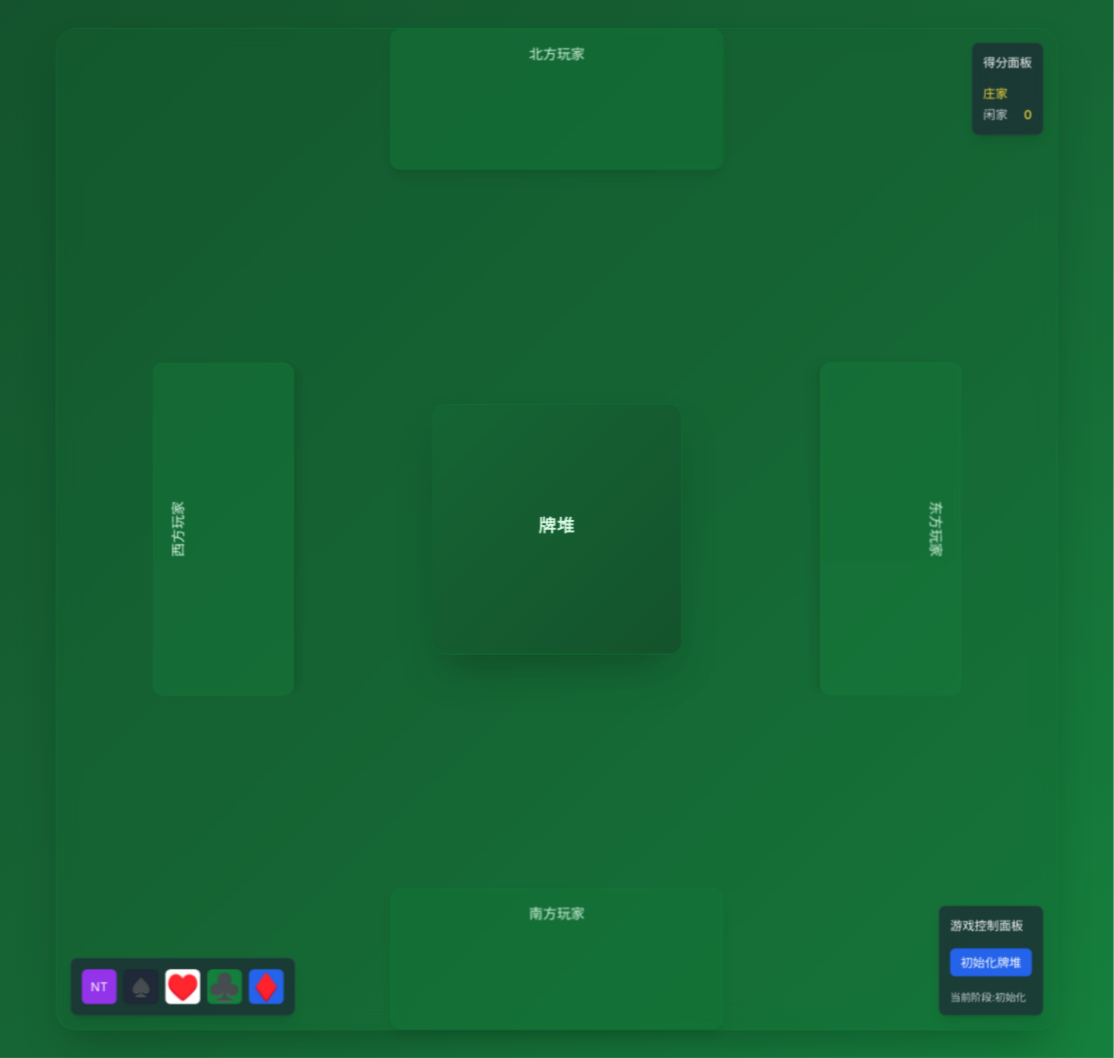
Repository: laofansay/Tractor80
Page: /
An editor plug-in stored every save of this project. The page is shown before and after the next save, followed by the edit.
The browser window is 1280 px wide. The pictures show the whole page, at 87% of full size.
The project was rebuilt for these pictures with package versions that can differ from the ones it lists, and the page was loaded fresh each time. The framework's server and built-in components were replaced by stand-ins that run in the browser. Also part of the build but not shown: next.config.js, app/components/Card.tsx.

Above is the page before, as saved 2025-03-09 00:16:15.

### app/layout.tsx
import type { Metadata } from 'next'
import { Inter } from 'next/font/google'
import './globals.css'

const inter = Inter({ subsets: ['latin'] })

export const metadata: Metadata = {
  title: 'Card Game',
  description: 'A Next.js Card Game Application',
}

export default function RootLayout({
  children,
}: {
  children: React.ReactNode
}) {
  return (
    <html lang="en">
      <body className={inter.className}>{children}</body>
    </html>
  )
}

### app/globals.css
@tailwind base;
@tailwind components;
@tailwind utilities;

:root {
  --foreground-rgb: 0, 0, 0;
  --background-start-rgb: 214, 219, 220;
  --background-end-rgb: 255, 255, 255;
}

@media (prefers-color-scheme: dark) {
  :root {
    --foreground-rgb: 255, 255, 255;
    --background-start-rgb: 0, 0, 0;
    --background-end-rgb: 0, 0, 0;
  }
}

body {
  color: rgb(var(--foreground-rgb));
  background: linear-gradient(
    to bottom,
    transparent,
    rgb(var(--background-end-rgb))
  )
  rgb(var(--background-start-rgb));
}

### app/components/AdminPanel.tsx
'use client';

import { useState } from 'react';
import { Card } from './Card';

type GamePhase = 'initial' | 'dealing' | 'trumpSelection' | 'pickBottomCards' | 'bottomCards' | 'playing';
type Position = 'north' | 'east' | 'south' | 'west';

type AdminPanelProps = {
    onInitialize: () => void;
    onDeal: () => void;
    onPickBottomCards: () => void;
    onBottomCards: () => void;
    onStartPlaying: () => void;
    gamePhase: GamePhase;
    deckLength: number;
    bottomCardsLength: number;
    lastRound?: Record<Position, string[]>;
    roundCount?: number;
};

export function AdminPanel({
    onInitialize,
    onDeal,
    onPickBottomCards,
    onBottomCards,
    onStartPlaying,
    gamePhase,
    deckLength,
    bottomCardsLength,
    lastRound = { north: [], east: [], south: [], west: [] },
    roundCount = 0
}: AdminPanelProps) {

    return (
        <div className="absolute bottom-4 right-4 p-3 bg-gray-800/70 rounded-lg backdrop-blur-md border border-gray-700/50 shadow-lg">
            <div className="flex flex-col gap-2">
                <div className="text-white text-sm mb-2 font-medium">游戏控制面板</div>

                {(gamePhase === 'initial' || gamePhase === 'playing') && (
                    <button
                        onClick={onInitialize}
                        className="px-3 py-1.5 bg-blue-600 hover:bg-blue-500 text-white rounded-md transition-colors text-sm"
                    >
                        {gamePhase === 'playing' ? '重新开始' : '初始化牌堆'}
                    </button>
                )}

                {gamePhase === 'initial' && deckLength > 0 && (
                    <button
                        onClick={onDeal}
                        className="px-3 py-1.5 bg-green-600 hover:bg-green-500 text-white rounded-md transition-colors text-sm"
                    >
                        开始发牌
                    </button>
                )}

                {gamePhase === 'pickBottomCards' && (
                    <button
                        onClick={onPickBottomCards}
                        className="px-3 py-1.5 bg-yellow-600 hover:bg-yellow-500 text-white rounded-md transition-colors text-sm"
                    >
                        庄家拾底
                    </button>
                )}

                {gamePhase === 'bottomCards' && (
                    <button
                        onClick={onBottomCards}
                        className="px-3 py-1.5 bg-yellow-600 hover:bg-yellow-500 text-white rounded-md transition-colors text-sm"
                    >
                        庄家扣底
                    </button>
                )}

                {gamePhase === 'bottomCards' && (
                    <button
                        onClick={onStartPlaying}
                        className="px-3 py-1.5 bg-red-600 hover:bg-red-500 text-white rounded-md transition-colors text-sm"
                    >
                        开始出牌
                    </button>
                )}

                <div className="text-gray-300 text-xs mt-2">
                    当前阶段:
                    {gamePhase === 'initial' && '初始化'}
                    {gamePhase === 'dealing' && '发牌中'}
                    {gamePhase === 'trumpSelection' && '亮主阶段'}
                    {gamePhase === 'pickBottomCards' && '庄家拾底'}
                    {gamePhase === 'bottomCards' && '庄家扣底'}
                    {gamePhase === 'playing' && '出牌阶段'}
                </div>
            </div>
        </div>
    );
}

### app/components/SoundEffect.tsx
'use client';

import { audioManager } from './AudioManager';

export class SoundEffect {
    static #instance;

    constructor() {
        // 私有构造函数，确保单例模式
    }

    public static getInstance(): SoundEffect {
        if (!SoundEffect.#instance) {
            SoundEffect.#instance = new SoundEffect();
        }
        return SoundEffect.#instance;
    }

    /**
     * 预加载音效
     * @param soundId 音效ID
     * @param soundPath 音效文件路径
     * @param fallbackSoundPath 备用音效路径（可选）
     */
    public preloadSound(soundId: string, soundPath: string, fallbackSoundPath?: string): void {
        if (typeof window === 'undefined') return; // 服务器端不执行

        // 使用AudioManager来处理音频加载
        audioManager.preloadSound(soundId, soundPath, fallbackSoundPath);
    }

    /**
     * 播放音效
     * @param soundId 音效ID
     * @returns 是否成功播放
     */
    public playSound(soundId: string): boolean {
        if (typeof window === 'undefined') return false; // 服务器端不执行

        // 使用AudioManager来处理音频播放
        return audioManager.playSound(soundId);
    }

    /**
     * 停止播放音效
     * @param soundId 音效ID
     */
    public stopSound(soundId: string): void {
        if (typeof window === 'undefined') return; // 服务器端不执行

        // 使用AudioManager来处理音频停止
        audioManager.stopSound(soundId);
    }

    /**
     * 检查音效是否已加载并可以播放
     * @param soundId 音效ID
     * @returns 是否可以播放
     */
    public canPlaySound(soundId: string): boolean {
        if (typeof window === 'undefined') return false; // 服务器端不执行

        // 使用AudioManager来检查音频是否可以播放
        return audioManager.canPlaySound(soundId);
    }

    /**
     * 启用或禁用所有音效
     * @param enabled 是否启用音效
     */
    public setAudioEnabled(enabled: boolean): void {
        audioManager.setAudioEnabled(enabled);
    }

    /**
     * 获取音效是否启用
     * @returns 音效是否启用
     */
    public isAudioEnabled(): boolean {
        return audioManager.isAudioEnabled();
    }
}

// 导出单例实例
export const soundEffect = SoundEffect.getInstance();

### app/components/ScorePanel.tsx
import React from 'react';

interface ScorePanelProps {
  scores: {
    north: number;
    east: number;
    south: number;
    west: number;
  };
  dealerPosition: Position;
}

type Position = 'north' | 'east' | 'south' | 'west';

export function ScorePanel({ scores, dealerPosition }: ScorePanelProps) {
  // 计算庄家和闲家的总分
  const dealerScore = scores[dealerPosition];
  const nonDealerScore = Object.entries(scores)
    .filter(([position]) => position !== dealerPosition)
    .reduce((total, [_, score]) => total + score, 0);

  return (
    <div className="absolute top-4 right-4 p-3 bg-gray-800/70 rounded-lg backdrop-blur-md border border-gray-700/50 shadow-lg">
      <div className="flex flex-col gap-2">
        <div className="text-white text-sm mb-2 font-medium">得分面板</div>
        <div className="space-y-1">
          <div className="flex justify-between text-sm">
            <span className="text-yellow-300">庄家</span>
            <span className="text-yellow-300 font-medium ml-4">{dealerScore}</span>
          </div>
          <div className="flex justify-between text-sm">
            <span className="text-gray-300">闲家</span>
            <span className="text-yellow-300 font-medium ml-4">{nonDealerScore}</span>
          </div>
        </div>
      </div>
    </div>
  );
}

### app/components/TrumpSelectionPanel.tsx
'use client';

import React from 'react';

type TrumpSelectionPanelProps = {
  onSelectTrump: (trumpSuit: string | null) => void;
  gamePhase: string;
};

export function TrumpSelectionPanel({ onSelectTrump, gamePhase }: TrumpSelectionPanelProps) {
  // 只在亮主阶段显示
  if (gamePhase !== 'trumpSelection') {
    //return null;
  }

  return (
    <div className="absolute bottom-4 left-4 p-3 bg-gray-800/70 rounded-lg backdrop-blur-md border border-gray-700/50 shadow-lg">
      <div className="flex flex-row gap-2">
        <button
          onClick={() => onSelectTrump(null)}
          className="w-10 h-10 bg-purple-600 hover:bg-purple-500 text-white rounded-md transition-colors text-sm flex items-center justify-center"
          title="无主"
        >
          NT
        </button>
        <button
          onClick={() => onSelectTrump('S')}
          className="w-10 h-10 bg-gray-800 hover:bg-gray-700 text-white rounded-md transition-colors text-xl flex items-center justify-center"
          title="黑桃"
        >
          ♠️
        </button>
        <button
          onClick={() => onSelectTrump('H')}
          className="w-10 h-10 bg-white hover:bg-red-500 text-red-600 rounded-md transition-colors text-3xl flex items-center justify-center"
          title="红桃"
        >
          ♥️
        </button>
        <button
          onClick={() => onSelectTrump('C')}
          className="w-10 h-10 bg-green-700 hover:bg-green-600 text-white rounded-md transition-colors text-3xl flex items-center justify-center"
          title="梅花"
        >
          ♣️
        </button>
        <button
          onClick={() => onSelectTrump('D')}
          className="w-10 h-10 bg-blue-600 hover:bg-blue-500 text-white rounded-md transition-colors text-3xl flex items-center justify-center"
          title="方块"
        >
          ♦️
        </button>
      </div>
    </div>
  );
}

### app/components/AudioManager.tsx
'use client';

/**
 * 音频管理器类
 * 提供音效加载、播放和错误处理功能
 */
export class AudioManager {
  private static instance: AudioManager;
  private audioElements: Map<string, HTMLAudioElement> = new Map();
  private fallbackMode: boolean = false;
  private audioEnabled: boolean = true;

  private constructor() {
    // 私有构造函数，确保单例模式
    this.checkAudioSupport();
  }

  public static getInstance(): AudioManager {
    if (!AudioManager.instance) {
      AudioManager.instance = new AudioManager();
    }
    return AudioManager.instance;
  }

  /**
   * 检查浏览器是否支持音频
   */
  private checkAudioSupport(): void {
    if (typeof window === 'undefined') return;

    try {
      const audio = new Audio();
      this.audioEnabled = !!audio && typeof audio.play === 'function';
      if (!this.audioEnabled) {
        console.warn('当前环境不支持音频播放');
      }
    } catch (error) {
      console.error('检查音频支持时出错:', error);
      this.audioEnabled = false;
    }
  }

  /**
   * 预加载音效
   * @param soundId 音效ID
   * @param soundPath 音效文件路径
   * @param fallbackSoundPath 备用音效路径（可选）
   */
  public preloadSound(soundId: string, soundPath: string, fallbackSoundPath?: string): void {
    if (typeof window === 'undefined' || !this.audioEnabled) return;

    if (!this.audioElements.has(soundId)) {
      try {
        // 确保路径正确，添加基础URL前缀
        const fullPath = soundPath.startsWith('/') ? soundPath : `/${soundPath}`;
        const baseUrl = window.location.origin;
        const absolutePath = new URL(fullPath, baseUrl).toString();

        const audio = new Audio();
        audio.preload = 'auto';

        // 添加加载错误处理
        audio.addEventListener('error', (e) => {
          const errorDetails = {
            code: audio.error?.code,
            message: audio.error?.message,
            path: absolutePath
          };
          console.error(`音效 ${soundId} 加载失败:`, errorDetails);

          // 尝试加载备用音效
          if (fallbackSoundPath && !this.fallbackMode) {
            console.log(`尝试加载备用音效: ${fallbackSoundPath}`);
            this.fallbackMode = true;
            this.preloadSound(soundId, fallbackSoundPath);
          }
        });

        // 添加加载成功处理
        audio.addEventListener('canplaythrough', () => {
          console.log(`音效 ${soundId} 加载成功，可以播放`);
        });

        // 设置音频源
        audio.src = absolutePath;

        this.audioElements.set(soundId, audio);
      } catch (error) {
        console.error(`音效 ${soundId} 初始化失败:`, error);
      }
    }
  }

  /**
   * 播放音效
   * @param soundId 音效ID
   * @returns 是否成功播放
   */
  public playSound(soundId: string): boolean {
    if (typeof window === 'undefined' || !this.audioEnabled) return false;

    const audio = this.audioElements.get(soundId);
    if (audio) {
      // 检查音频是否已加载并可以播放
      if (audio.error) {
        console.error(`音效 ${soundId} 无法播放，加载失败:`, audio.error);
        return false;
      }

      // 检查音频是否已经加载足够的数据可以播放
      if (audio.readyState < 2) { // HAVE_CURRENT_DATA or higher
        console.warn(`音效 ${soundId} 尚未加载完成，无法播放`);
        return false;
      }

      try {
        // 重置音频以便重复播放
        audio.currentTime = 0;
        const playPromise = audio.play();

        if (playPromise !== undefined) {
          playPromise.catch(error => {
            console.error(`播放音效 ${soundId} 失败:`, error);
          });
        }
        return true;
      } catch (error) {
        console.error(`播放音效 ${soundId} 时出错:`, error);
        return false;
      }
    } else {
      console.warn(`音效 ${soundId} 未预加载`);
      return false;
    }
  }

  /**
   * 停止播放音效
   * @param soundId 音效ID
   */
  public stopSound(soundId: string): void {
    if (typeof window === 'undefined' || !this.audioEnabled) return;

    const audio = this.audioElements.get(soundId);
    if (audio) {
      try {
        audio.pause();
        audio.currentTime = 0;
      } catch (error) {
        console.error(`停止音效 ${soundId} 时出错:`, error);
      }
    }
  }

  /**
   * 检查音效是否已加载并可以播放
   * @param soundId 音效ID
   * @returns 是否可以播放
   */
  public canPlaySound(soundId: string): boolean {
    if (typeof window === 'undefined' || !this.audioEnabled) return false;

    const audio = this.audioElements.get(soundId);
    if (!audio) return false;

    // 检查音频元素是否有错误
    if (audio.error) return false;

    // 检查音频是否已经加载足够的数据可以播放
    return audio.readyState >= 2; // HAVE_CURRENT_DATA or higher
  }

  /**
   * 启用或禁用所有音效
   * @param enabled 是否启用音效
   */
  public setAudioEnabled(enabled: boolean): void {
    this.audioEnabled = enabled;
  }

  /**
   * 获取音效是否启用
   * @returns 音效是否启用
   */
  public isAudioEnabled(): boolean {
    return this.audioEnabled;
  }

  /**
   * 创建一个简单的音效（用于在无法加载外部音效时使用）
   * @param frequency 频率（赫兹）
   * @param duration 持续时间（毫秒）
   * @param volume 音量（0-1）
   * @returns 音频元素
   */
  public createToneSound(frequency: number = 440, duration: number = 200, volume: number = 0.5): HTMLAudioElement | null {
    if (typeof window === 'undefined' || !this.audioEnabled) return null;

    try {
      // 检查是否支持Web Audio API
      if (!window.AudioContext && !(window as any).webkitAudioContext) {
        console.warn('当前浏览器不支持Web Audio API');
        return null;
      }

      const AudioContext = window.AudioContext || (window as any).webkitAudioContext;
      const audioCtx = new AudioContext();

      // 创建振荡器
      const oscillator = audioCtx.createOscillator();
      oscillator.type = 'sine';
      oscillator.frequency.setValueAtTime(frequency, audioCtx.currentTime);

      // 创建音量控制
      const gainNode = audioCtx.createGain();
      gainNode.gain.setValueAtTime(volume, audioCtx.currentTime);

      // 连接节点
      oscillator.connect(gainNode);
      gainNode.connect(audioCtx.destination);

      // 创建音频元素
      const audio = new Audio();

      // 开始振荡
      oscillator.start();

      // 设置定时器停止振荡
      setTimeout(() => {
        oscillator.stop();
        audioCtx.close();
      }, duration);

      return audio;
    } catch (error) {
      console.error('创建音效失败:', error);
      return null;
    }
  }
}

// 导出单例实例
export const audioManager = AudioManager.getInstance();

Loaded but not shown: tailwind.config.js (19 lines, source omitted); app/page.tsx (581 lines, source omitted); app/components/CardArea.tsx (205 lines, source omitted)

After the next save:
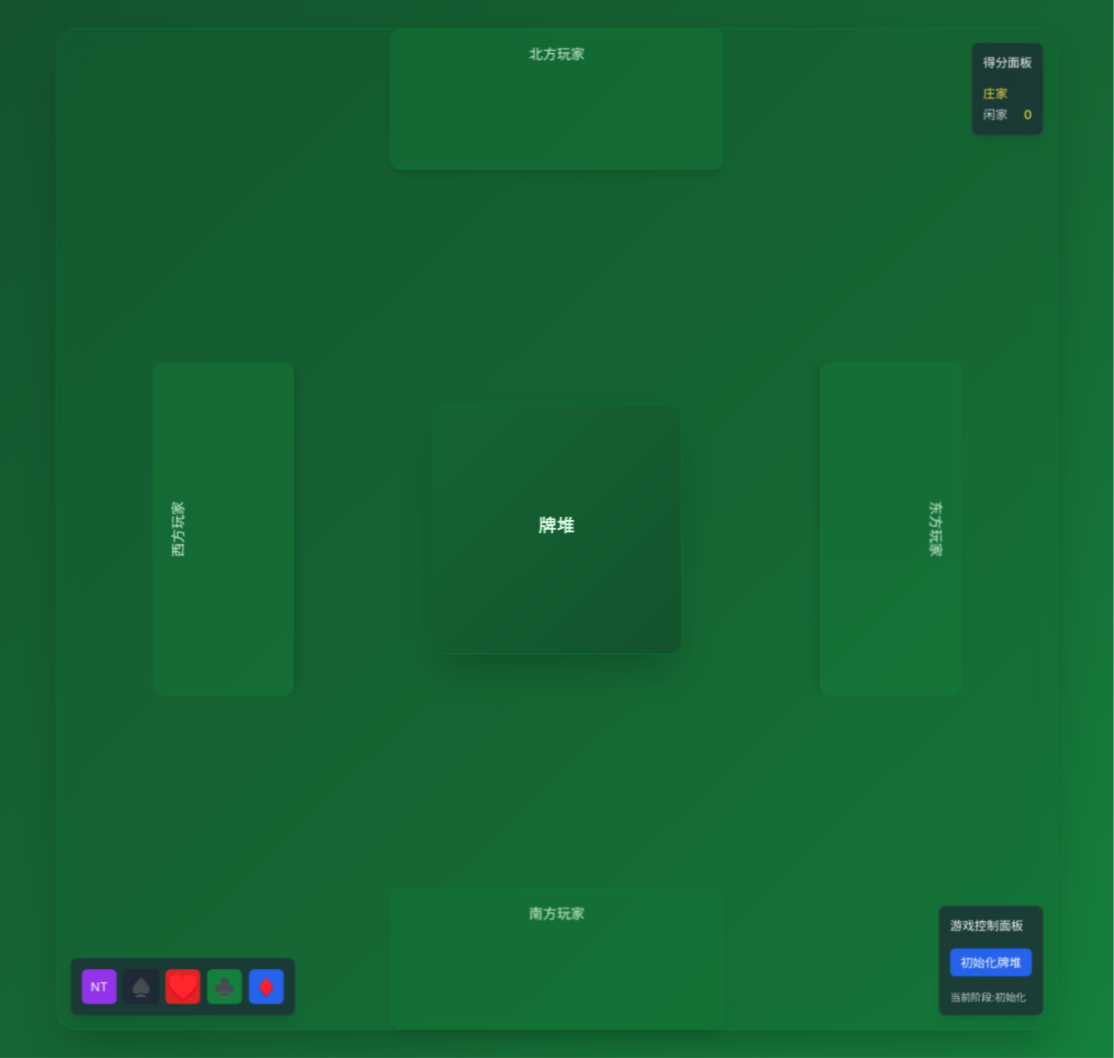
Saved 83 s later.
--- a/app/components/TrumpSelectionPanel.tsx
+++ b/app/components/TrumpSelectionPanel.tsx
@@ -32,21 +32,21 @@ export function TrumpSelectionPanel({ onSelectTrump, gamePhase }: TrumpSelection
         </button>
         <button
           onClick={() => onSelectTrump('H')}
-          className="w-10 h-10 bg-white hover:bg-red-500 text-red-600 rounded-md transition-colors text-3xl flex items-center justify-center"
+          className="w-10 h-10 bg-red-600 hover:bg-red-500 text-white rounded-md transition-colors text-3xl flex items-center justify-center"
           title="红桃"
         >
           ♥️
         </button>
         <button
           onClick={() => onSelectTrump('C')}
-          className="w-10 h-10 bg-green-700 hover:bg-green-600 text-white rounded-md transition-colors text-3xl flex items-center justify-center"
+          className="w-10 h-10 bg-green-700 hover:bg-green-600 text-white rounded-md transition-colors text-xl flex items-center justify-center"
           title="梅花"
         >
           ♣️
         </button>
         <button
           onClick={() => onSelectTrump('D')}
-          className="w-10 h-10 bg-blue-600 hover:bg-blue-500 text-white rounded-md transition-colors text-3xl flex items-center justify-center"
+          className="w-10 h-10 bg-blue-600 hover:bg-blue-500 text-white rounded-md transition-colors text-xl flex items-center justify-center"
           title="方块"
         >
           ♦️
